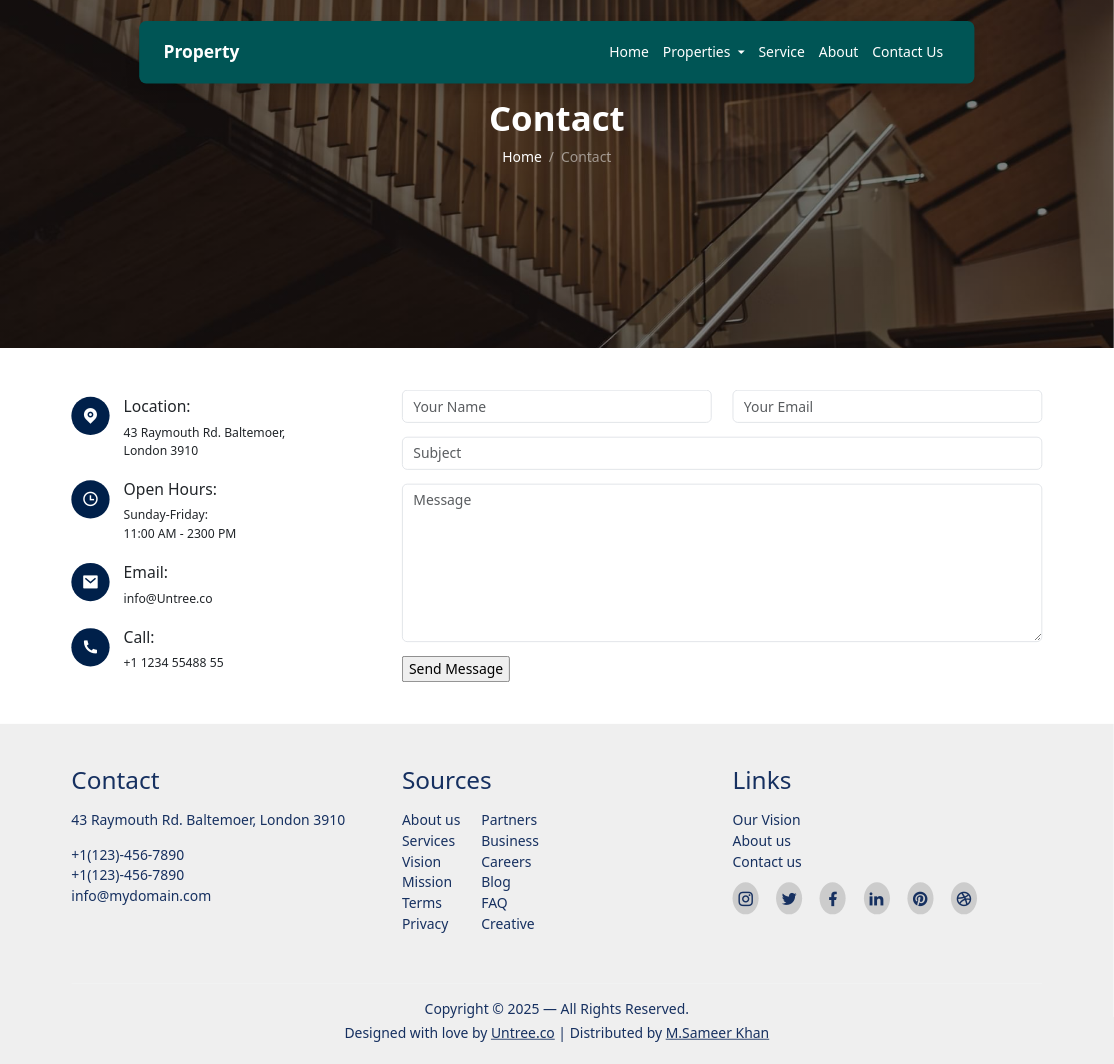
Repository: sameerrrrkhan911-git/Property
Page: contact.html
These files come from the project's save history. The page is drawn as it stood at one moment and after a run of saves; the edit follows.
The browser window is 1280 px wide. The pictures show the whole page, at 87% of full size.
Some web libraries are served in a nearby version.

Above is the page before, as saved 2025-09-28 21:43:56.
Console error: TypeError: Cannot read properties of undefined (reading 'length')

After the next 10 saves:
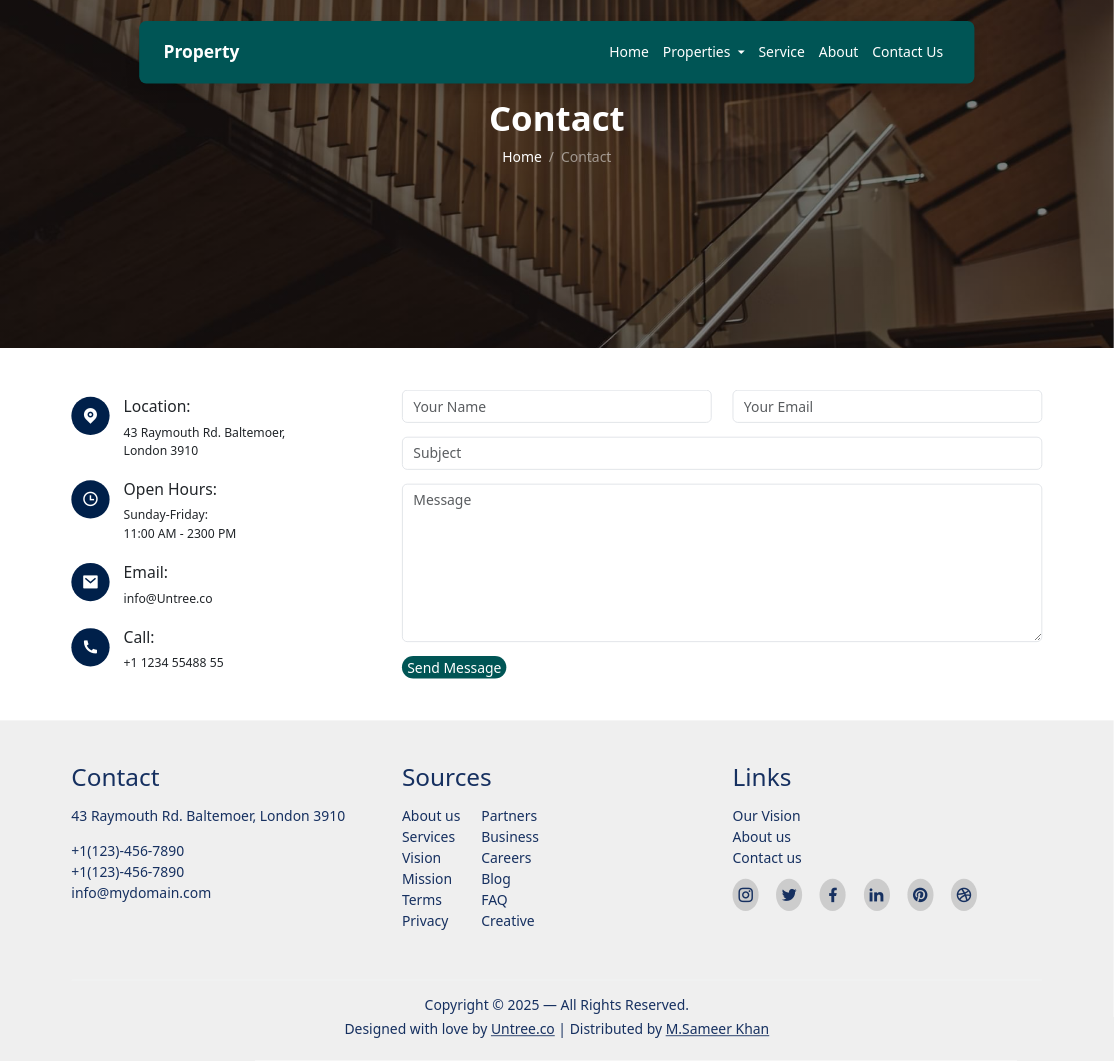
The 10 saves are shown as one change because they came seconds apart.
The last was saved 29 s later.
--- a/contact.html
+++ b/contact.html
@@ -149,7 +149,7 @@
                 </div>
 
                 <div class="col-12">
-                  <input type="submit" value="Send Message" class="">
+                  <input type="submit" value="Send Message" class="green-color rounded-pill border-0 white">
                 </div>
               </div>
             </form>
